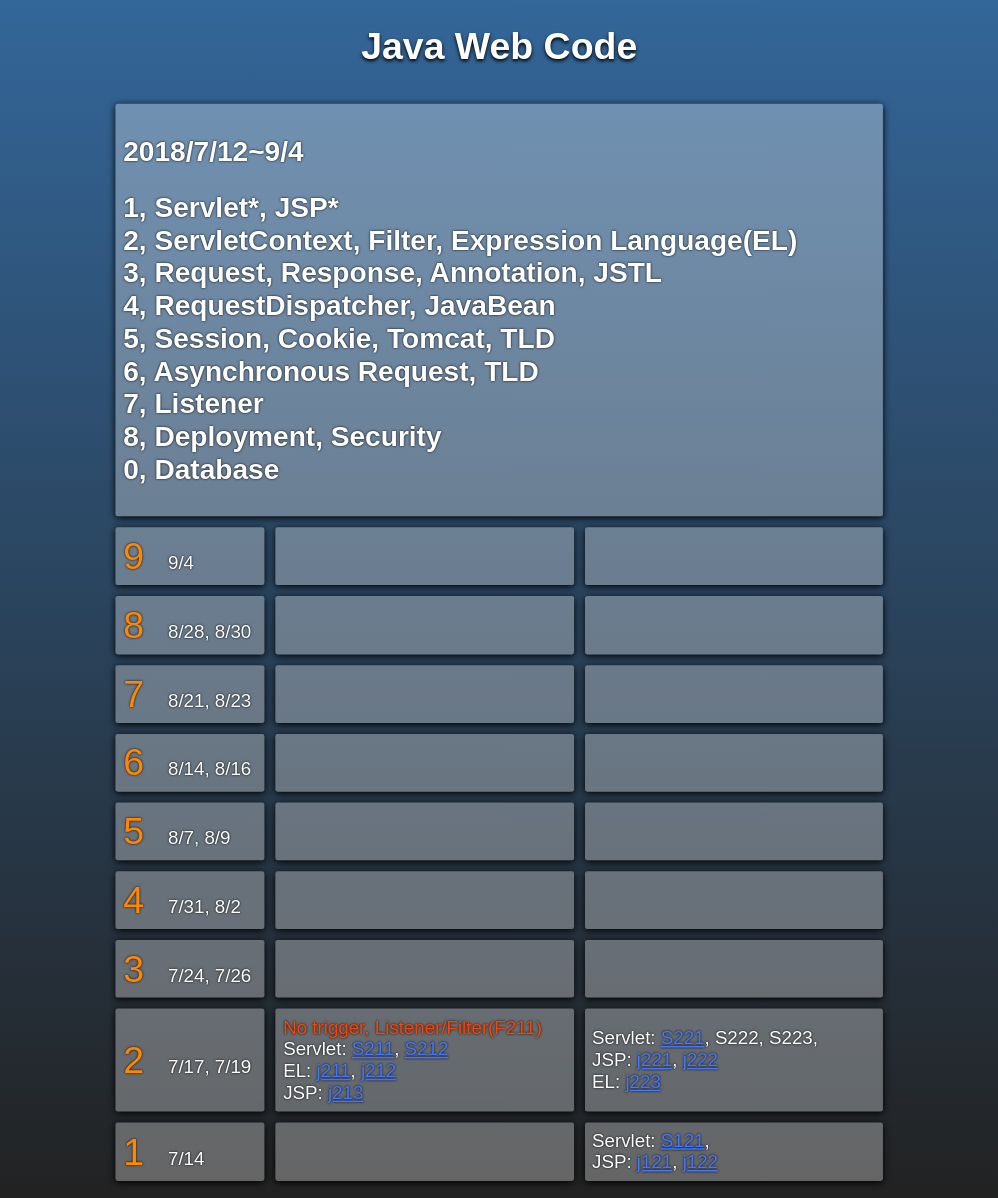
Repository: anxhuang/Java_Web
Page: http://localhost/code/
An editor plug-in stored every save of this project. The page is shown before and after the next save, followed by the edit.
The browser window is 1280 px wide. The pictures show the whole page, at 78% of full size.
The page is served by Tomcat 9. Other server files are loaded and not shown.

Above is the page before, as saved 2018-07-24 10:22:52.

### code/WebContent/index.html
<!DOCTYPE html>
<html>
<head>
<meta charset="BIG5">
<title>Insert title here</title>
<style>
	body{
		font-size: 0.25in;
		font-family: Arial;
		background: linear-gradient(#369, #222);;
		/*background-image: url("https://fsa.zobj.net/crop.php?r=ao88GxCisk4oY2NINS9REEtIWhpZOc22-qItDMLD3PM32O_JkS6wNJkg6nyYIREcmC0vWqaqI6LJaUOxd-WXbPJcJwdQ8BFboZ63vqok2a4Dr1BmLINjzf1ENB44EzZlDTbMtV754atZi7iy");*/
		/*background-size: cover;*/
	}
	h1{
		color: #FFF;
		text-shadow: 0px 2px 5px #000;
		text-align: center;
	}
	orange{
		color: #F80;
		font-size: 0.5in;
		margin-right: 0.25in;
	}
	table{
		width: 80%;
		margin: 0 auto;
		border-spacing: 0.15in;
	}
	td{
		color: #FFF;
		text-shadow: 0px 0px 3px #000;
		padding: 0.1in;
		background: rgba(255,255,255,0.30);
		box-shadow: 0px 2px 10px #000;
		border-radius: 3px;
	}
	td:first-child{
		width: 20%;
	}
	td:nth-child(2){
		width: 40%;
	}
	td:nth-child(3){
		width: 40%;
	}
	a:link		{color: #47F;}
	a:visited	{color: #47F;}
</style>
</head>
<body>

	<h1>Java Web Code</h1>

	<table>
		<tbody>
			<tr>
				<td colspan="3">
					<h2>2018/7/12~9/4<h2>
					1, Servlet*, JSP*<br>
					2, ServletContext, Filter, Expression Language(EL)<br>
					3, Request, Response, Annotation, JSTL<br>
					4, RequestDispatcher, JavaBean<br>
					5, Session, Cookie, Tomcat, TLD<br>
					6, Asynchronous Request, TLD<br>
					7, Listener<br>
					8, Deployment, Security<br>
					0, Database
				</td>
			</tr>
			<tr>
				<td><orange>9</orange> 9/4</td>
				<td></td>
				<td></td>
			</tr>
			<tr>
				<td><orange>8</orange> 8/28, 8/30</td>
				<td></td>
				<td></td>
			</tr>
			<tr>
				<td><orange>7</orange> 8/21, 8/23</td>
				<td></td>
				<td></td>
			</tr>
			<tr>
				<td><orange>6</orange> 8/14, 8/16</td>
				<td></td>
				<td></td>
			</tr>
			<tr>
				<td><orange>5</orange> 8/7, 8/9</td>
				<td></td>
				<td></td>
			</tr>
			<tr>
				<td><orange>4</orange> 7/31, 8/2</td>
				<td></td>
				<td></td>
			</tr>
			<tr>
				<td><orange>3</orange> 7/24, 7/26</td>
				<td></td>
				<td></td>
			</tr>
			<tr>
				<td><orange>2</orange> 7/17, 7/19</td>
				<td>
					<font color="#F40">No trigger, Listener/Filter(F211)</font>
					<br>
					Servlet:
					<a href="S211">S211</a>,
					<a href="S212">S212</a>
					<br>
					EL:
					<a href="j211.jsp">j211</a>,
					<a href="j212.jsp">j212</a>
					<br>
					JSP:
					<a href="j213.jsp">j213</a>
				</td>
				<td>
					Servlet:
					<a href="S221">S221</a>,
					S222,
					S223,
					<br>
					JSP:
					<a href="j221.jsp">j221</a>,
					<a href="j222.jsp">j222</a>
					<br>
					EL:
					<a href="j223.jsp">j223</a>
				</td>
			</tr>
			<tr>
				<td><orange>1</orange> 7/14</td>
				<td></td>
				<td>
					Servlet:
					<a href="S121">S121</a>,
					<br>
					JSP:
					<a href="j121.jsp">j121</a>,
					<a href="j122.jsp">j122</a>
				</td>
			</tr>
		</tbody>
	</table>
</body>
</html>

After the next save:
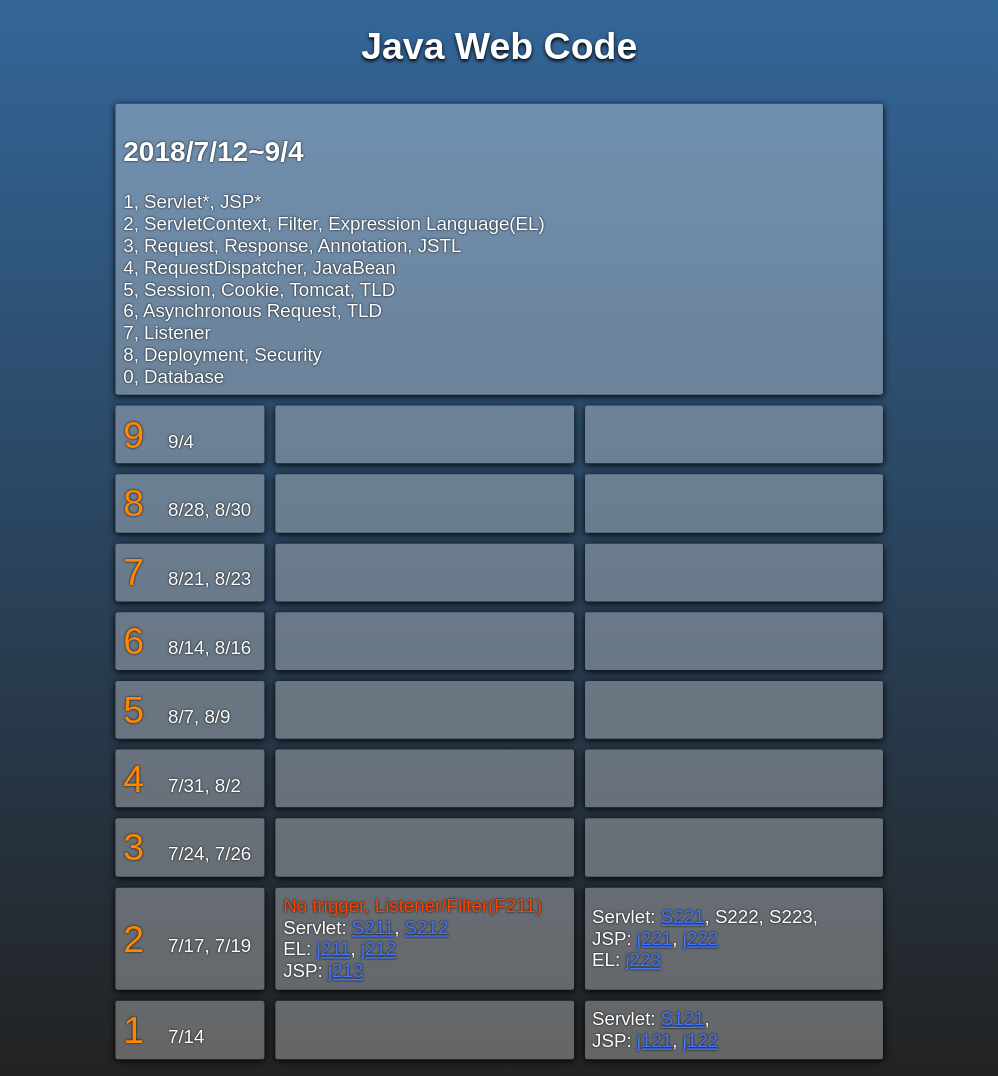
Saved 12 s later.
--- a/code/WebContent/index.html
+++ b/code/WebContent/index.html
@@ -55,7 +55,7 @@
 		<tbody>
 			<tr>
 				<td colspan="3">
-					<h2>2018/7/12~9/4<h2>
+					<h2>2018/7/12~9/4</h2>
 					1, Servlet*, JSP*<br>
 					2, ServletContext, Filter, Expression Language(EL)<br>
 					3, Request, Response, Annotation, JSTL<br>
